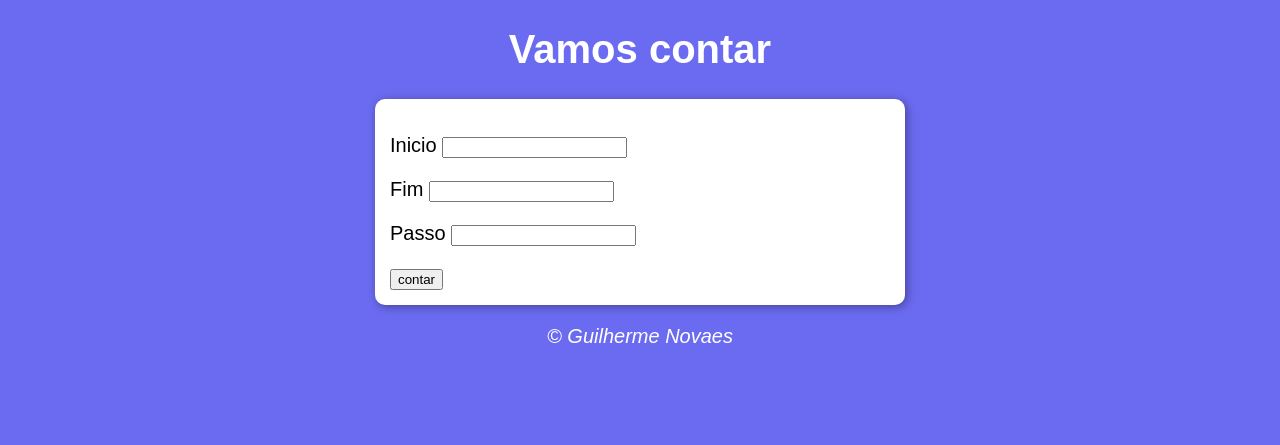
Repository: Guilherme-RNovaes/JavaScript-Curso
Page: Aula 14ex/ex016/index.html
These files come from the project's save history. The page is drawn as it stood at one moment and after the next save; the edit follows.
The browser window is 1280 px wide. The pictures show the whole page.

Above is the page before, as saved 2022-09-07 10:23:12.

After the next save:
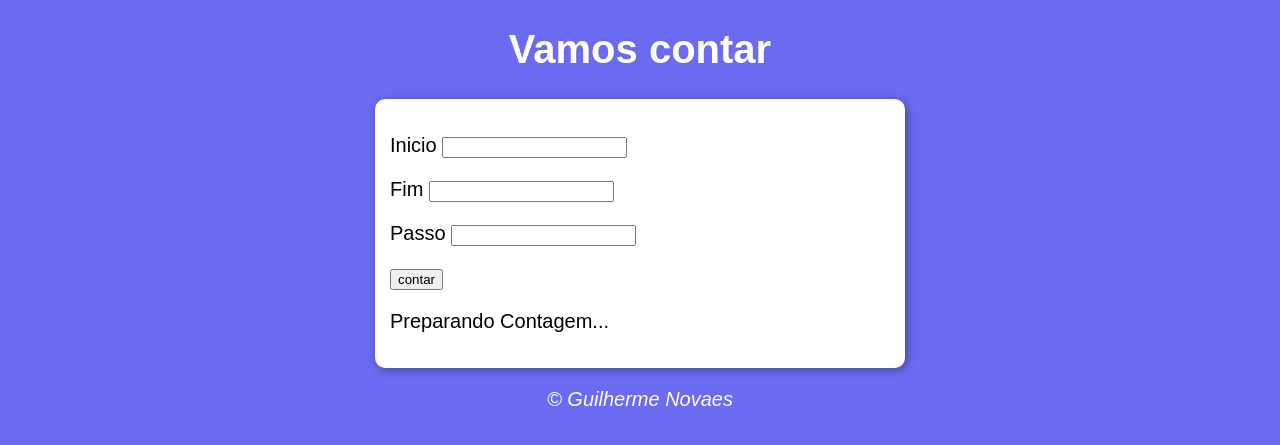
Saved 10 s later.
--- a/Aula 14ex/ex016/index.html
+++ b/Aula 14ex/ex016/index.html
@@ -19,7 +19,7 @@
         </div>
         <div>
             <input type="button" value="contar">
-
+            <p>Preparando Contagem...</p>
         </div>
     </section>
     <footer>
